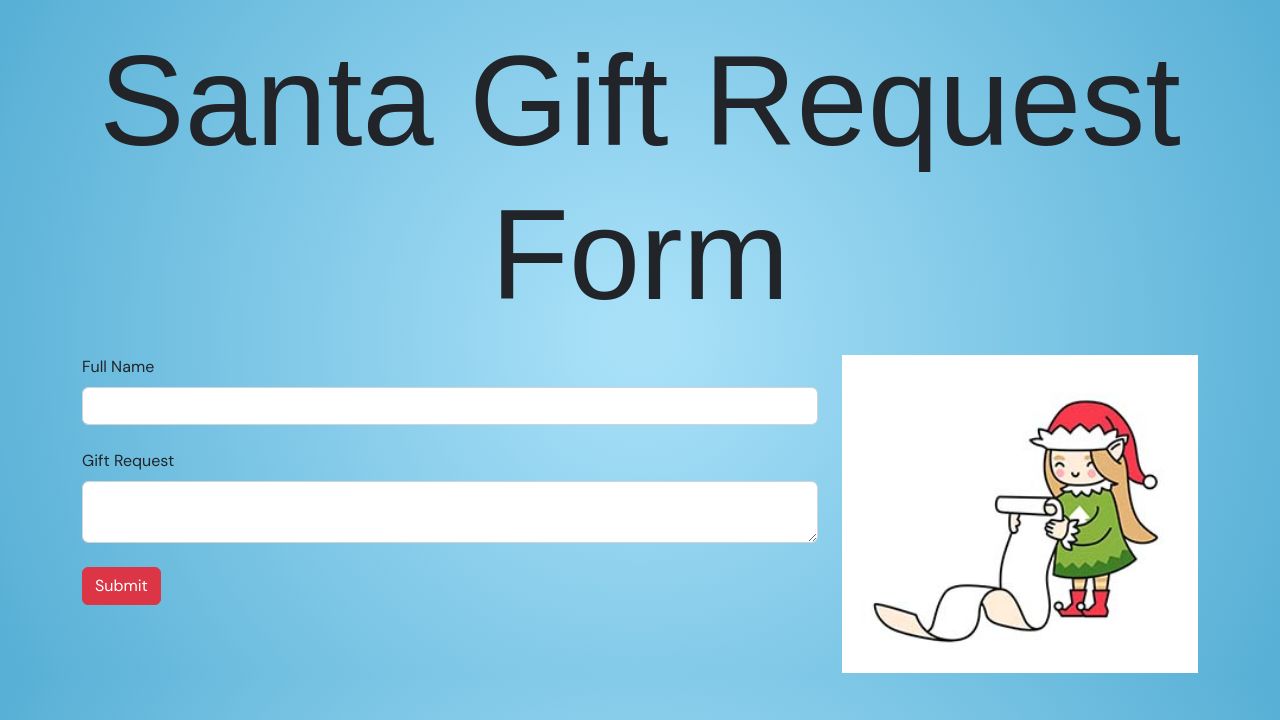
Repository: sarahlochhead/check-santas-list
Page: check-santas-list.html
An editor plug-in stored every save of this project. The page is shown before and after the next save, followed by the edit.
The browser window is 1280 px wide. The pictures show the whole page.
Some web fonts or font styles are not loaded; a fallback is used.

Above is the page before, as saved 2023-11-24 20:26:03.

After the next save:
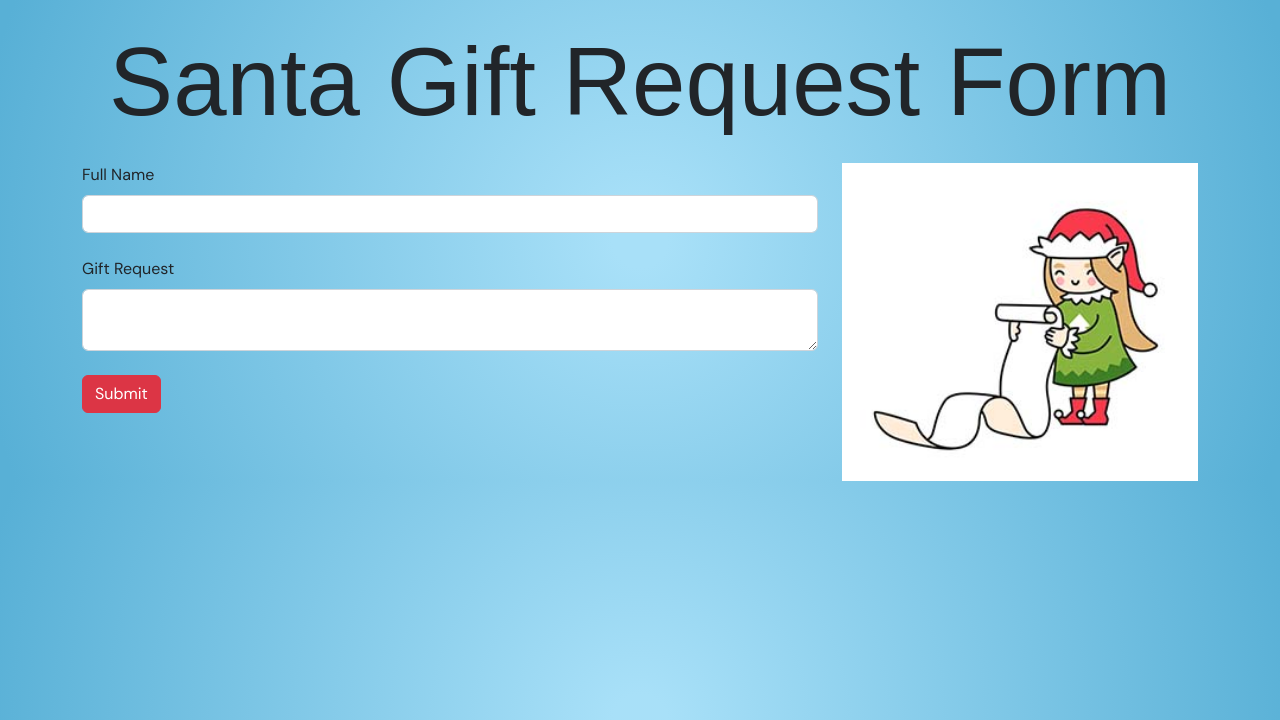
Saved 8 s later.
--- a/css/styles.css
+++ b/css/styles.css
@@ -18,5 +18,5 @@ background: radial-gradient(circle, rgba(168,224,248,1) 4%, rgba(88,176,214,1) 9
 
 /* header */
 h1 {
-    font-size: 8rem;
+    font-size: 6rem;
 }
